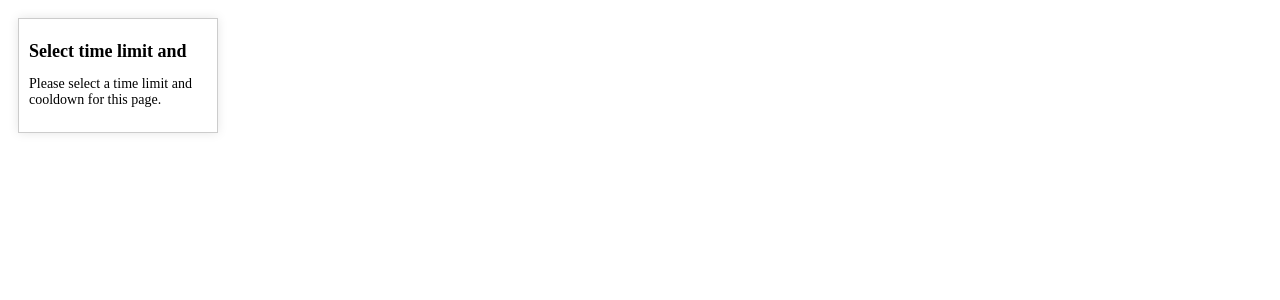
Repository: AndrlmMass/Time-management-chrome-extension
Page: popup2.html
The author's editor kept a copy of each file at every save. The page is drawn from the files as they stood at one save, then again after the next save.
The browser window is 1280 px wide. The pictures show the whole page.

Above is the page before, as saved 2023-08-24 20:30:19.

### popup2.html
<!DOCTYPE html>
<html>
<head>
  <title>My Non-Closable Popup</title>
  <link rel="stylesheet" type="text/css" href="popup.css">
  <script src="popup.js"></script>
</head>
<body>
  <div id="popup-container">
    <h1>Select time limit and </h1>
    <p>Please select a time limit and cooldown for this page.</p>
    <button id="close-button">Close</button>
  </div>
</body>
</html>

### popup.css
body {
  width: 200px;
  padding: 10px;
}

#popup-container {
  padding: 10px;
  background-color: #fff;
  border: 1px solid #ccc;
  box-shadow: 0 0 10px rgba(0, 0, 0, 0.1);
}

h1 {
  font-size: 18px;
  margin-bottom: 10px;
}

p {
  font-size: 14px;
}

#close-button {
  margin-top: 10px;
  display: none;
}

### popup.js
document.addEventListener("DOMContentLoaded", function () {
  var closeButton = document.querySelector(".popup-close");
  var popupContainer = document.getElementById("popup-container");
  });

After the next save:
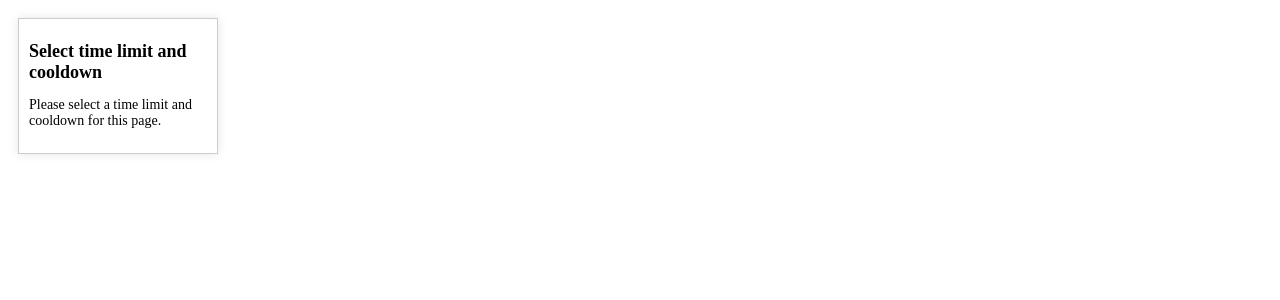
Saved 8 s later.
--- a/popup2.html
+++ b/popup2.html
@@ -7,7 +7,7 @@
 </head>
 <body>
   <div id="popup-container">
-    <h1>Select time limit and </h1>
+    <h1>Select time limit and cooldown</h1>
     <p>Please select a time limit and cooldown for this page.</p>
     <button id="close-button">Close</button>
   </div>
